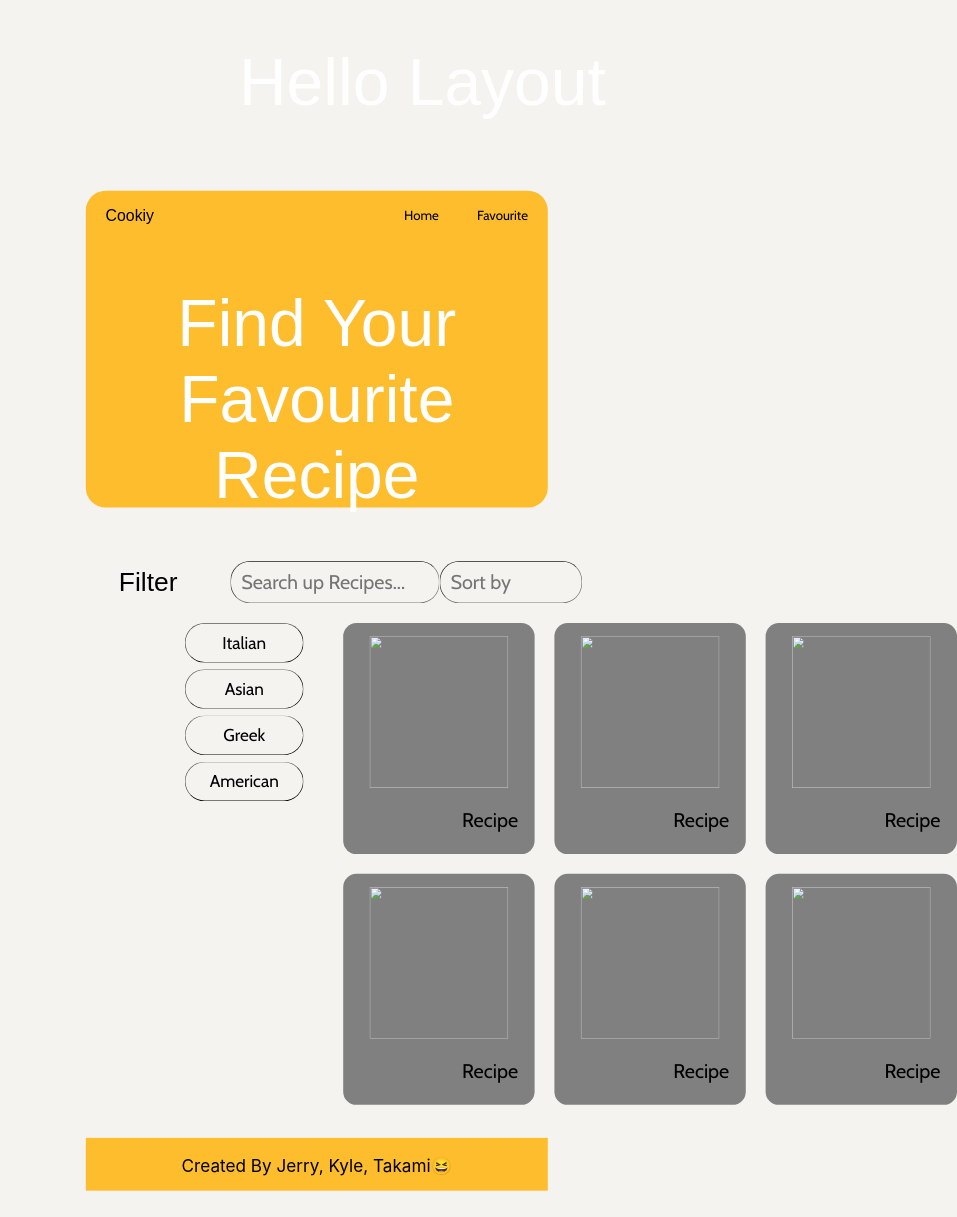
Repository: takamilinagaki/COMP3170-Project
Page: /
The author's editor kept a copy of each file at every save. The page is drawn from the files as they stood at one save, then again after the next save.
The browser window is 1280 px wide. The page is 1450 px wide, so the pictures cover 1450 px, including what lies to the right of the window. The pictures show the whole page, at 66% of full size.
Some web fonts or font styles are not loaded; a fallback is used. The project was rebuilt for these pictures with package versions that can differ from the ones it lists, and the page was loaded fresh each time. Also part of the build but not shown: src/routes/Favourite.jsx.

Above is the page before, as saved 2023-11-19 21:51:14.

After the next save:
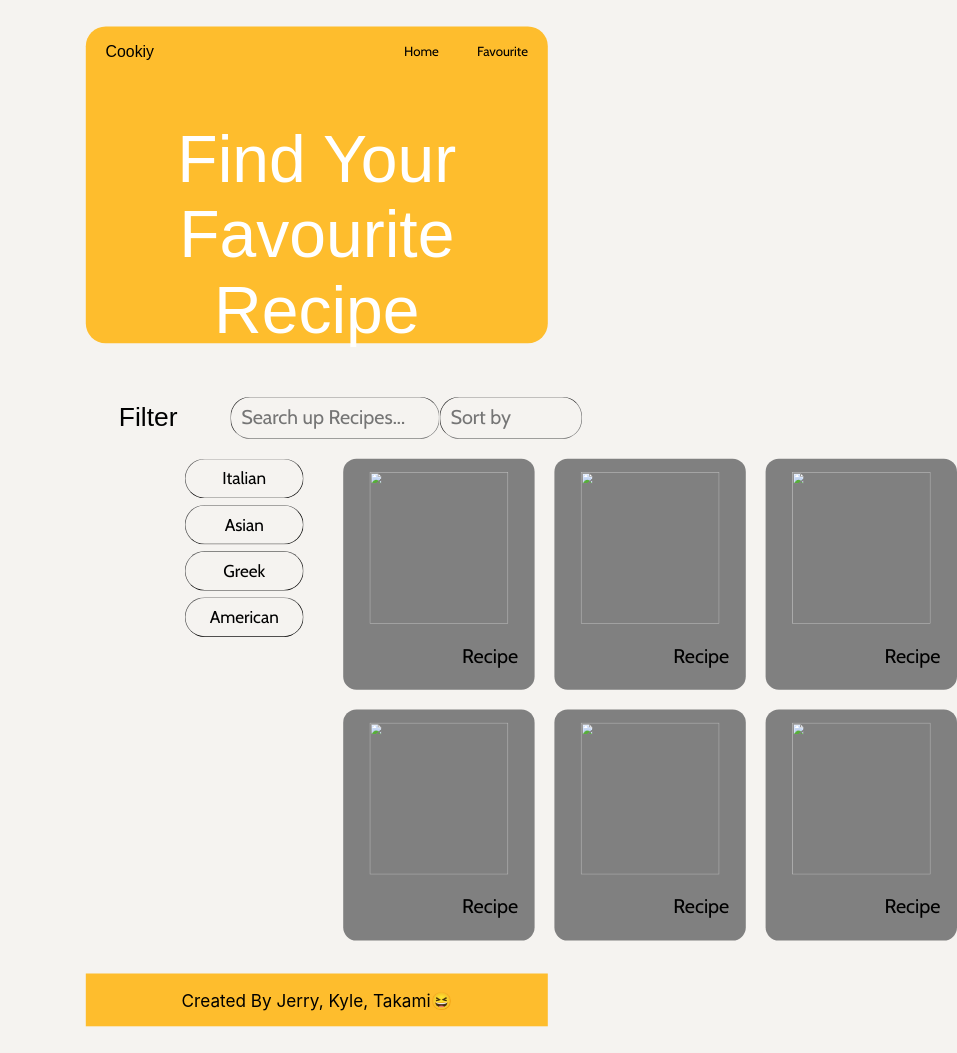
Saved 79 s later.
--- a/src/components/Layout.jsx
+++ b/src/components/Layout.jsx
@@ -3,7 +3,6 @@ import { Outlet } from "react-router-dom";
 export default function Layout(){
     return (
         <div>
-            <h1>Hello Layout</h1>
             <Outlet/>
         </div>
     )
